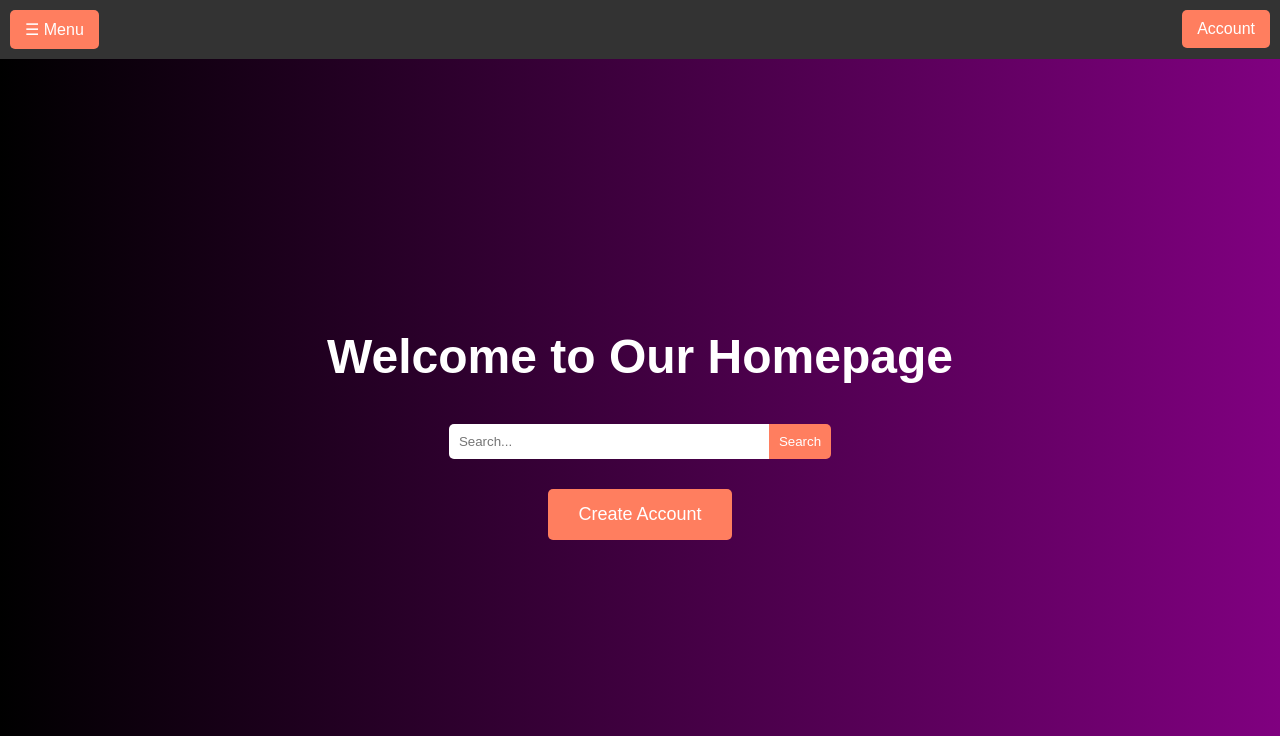
Repository: PeruriNaresh/Bank_Project
Page: http://localhost/bank_project/Home.jsp
The author's editor kept a copy of each file at every save. The page is drawn from the files as they stood at one save, then again after the next save.
The browser window is 1280 px wide. The pictures show the whole page.
The page is served by Tomcat 9.

Above is the page before, as saved 2024-10-26 05:46:43.

After the next save:
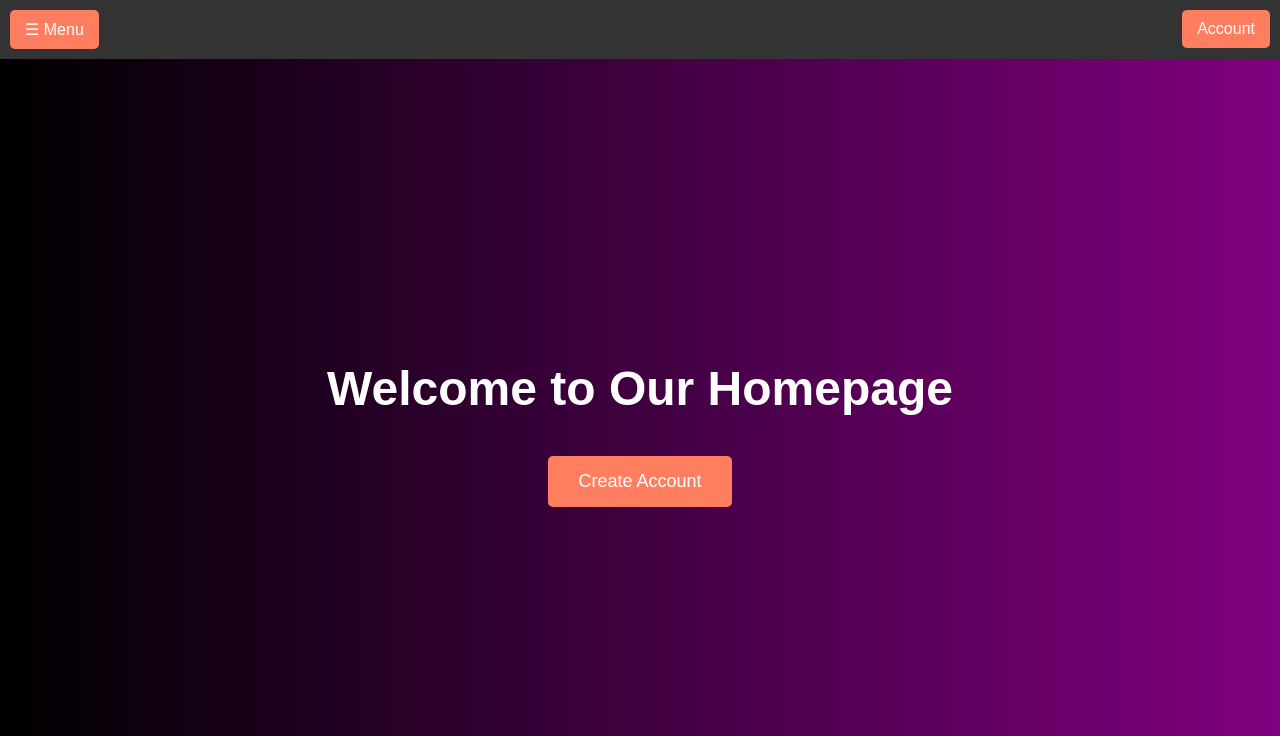
Saved 87 min 49 s later.
--- a/bank_project/src/main/webapp/Home.jsp
+++ b/bank_project/src/main/webapp/Home.jsp
@@ -167,10 +167,6 @@
 
 <div class="main">
     <h1>Welcome to Our Homepage</h1>
-    <div class="search-bar">
-        <input type="text" placeholder="Search...">
-        <button>Search</button>
-    </div>
 	<%String status= (String)session.getAttribute("status");
 		if(status!="created")
 		{

After the save that followed:
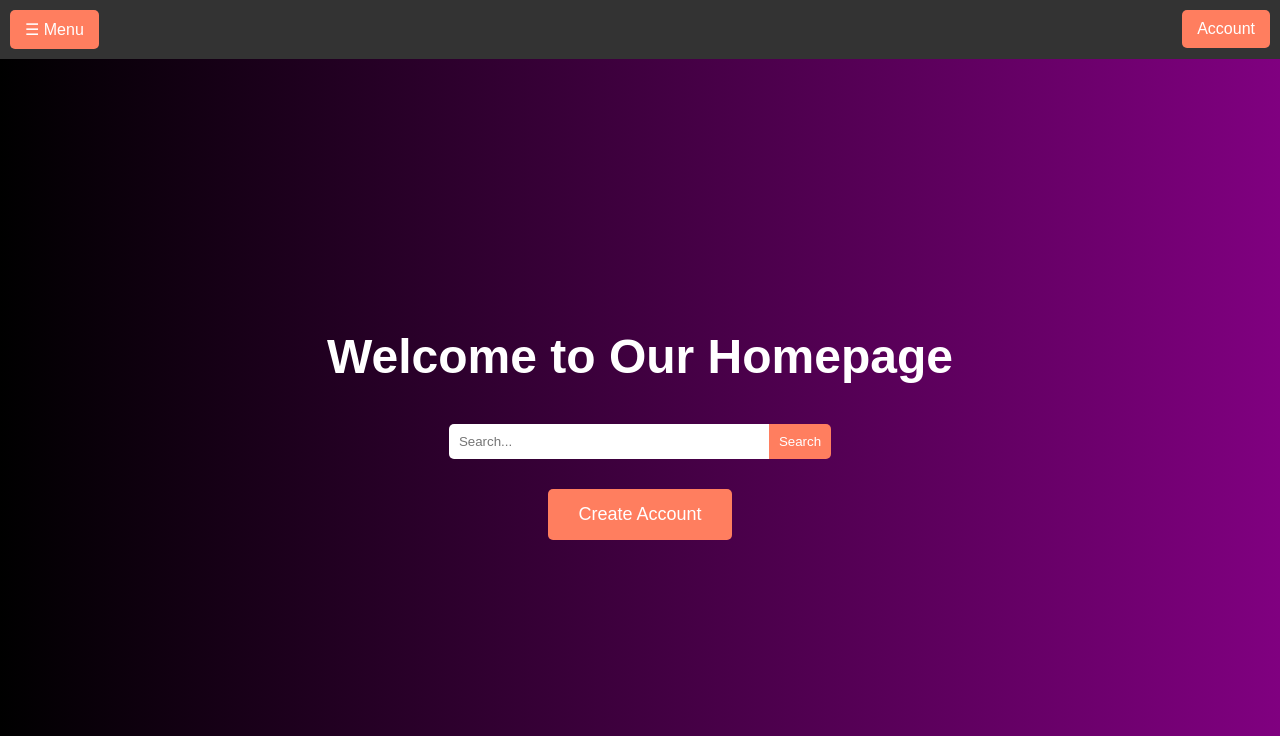
Saved 17 s later.
--- a/bank_project/src/main/webapp/Home.jsp
+++ b/bank_project/src/main/webapp/Home.jsp
@@ -167,6 +167,10 @@
 
 <div class="main">
     <h1>Welcome to Our Homepage</h1>
+    <div class="search-bar">
+        <input type="text" placeholder="Search...">
+        <button>Search</button>
+    </div>
 	<%String status= (String)session.getAttribute("status");
 		if(status!="created")
 		{
